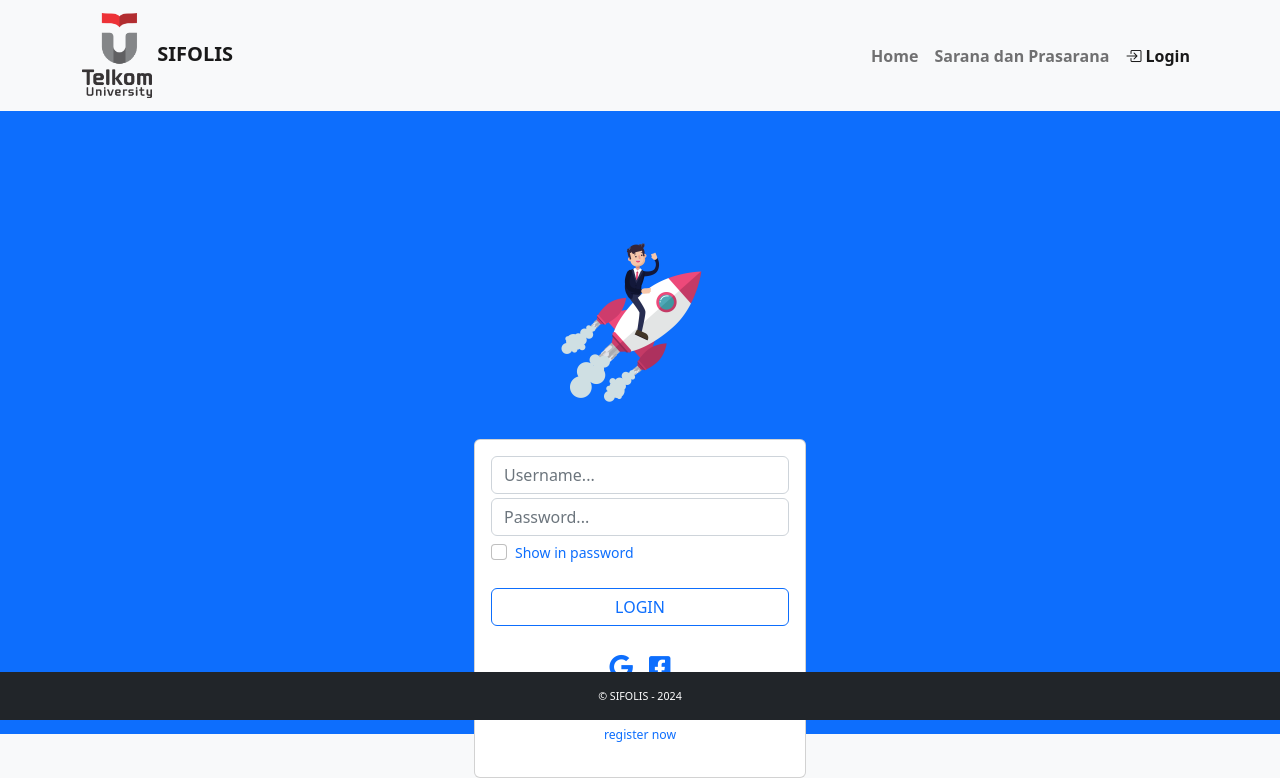
Repository: Audi87/uas_framework
Page: http://localhost/login
The author's editor kept a copy of each file at every save. The page is drawn from the files as they stood at one save, then again after the next save.
The browser window is 1280 px wide. The pictures show the whole page.
Some web libraries are served in a nearby version. The page is served by the project's Laravel application, run on PHP 8.4 with Laravel 10.

Above is the page before, as saved 2024-06-13 20:47:04.

After the next save:
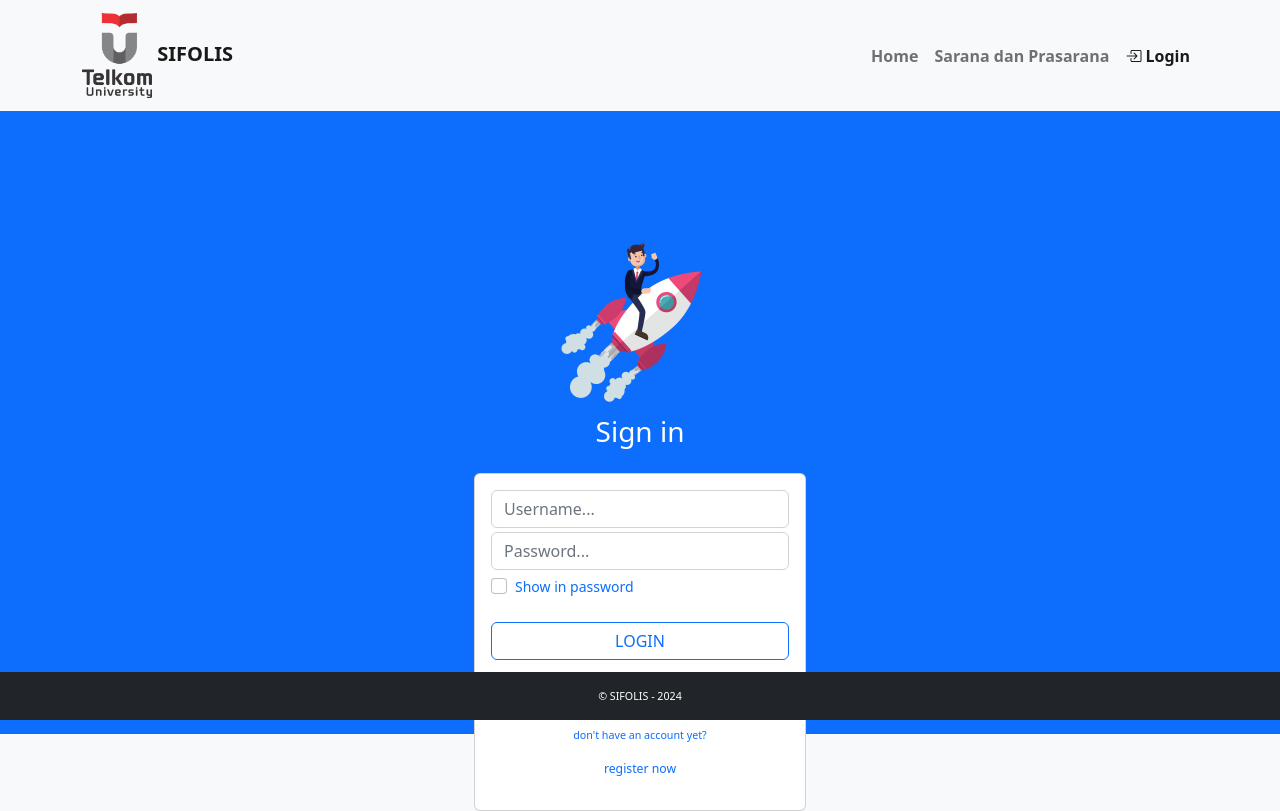
Saved 7 s later.
--- a/resources/views/login/login.blade.php
+++ b/resources/views/login/login.blade.php
@@ -17,7 +17,7 @@
                 {{-- End alert --}}
                 <div class="col-lg-4 offset-lg-4">
                     <img src="img/pngwing.com (7).png" width="200" alt="">
-                    <h3></h3>
+                    <h3>Sign in </h3>
                 </div>
                 <div class="col-lg-4 offset-lg-4 col-10 offset-1 mt-3">
                     {{-- Form Login --}}
